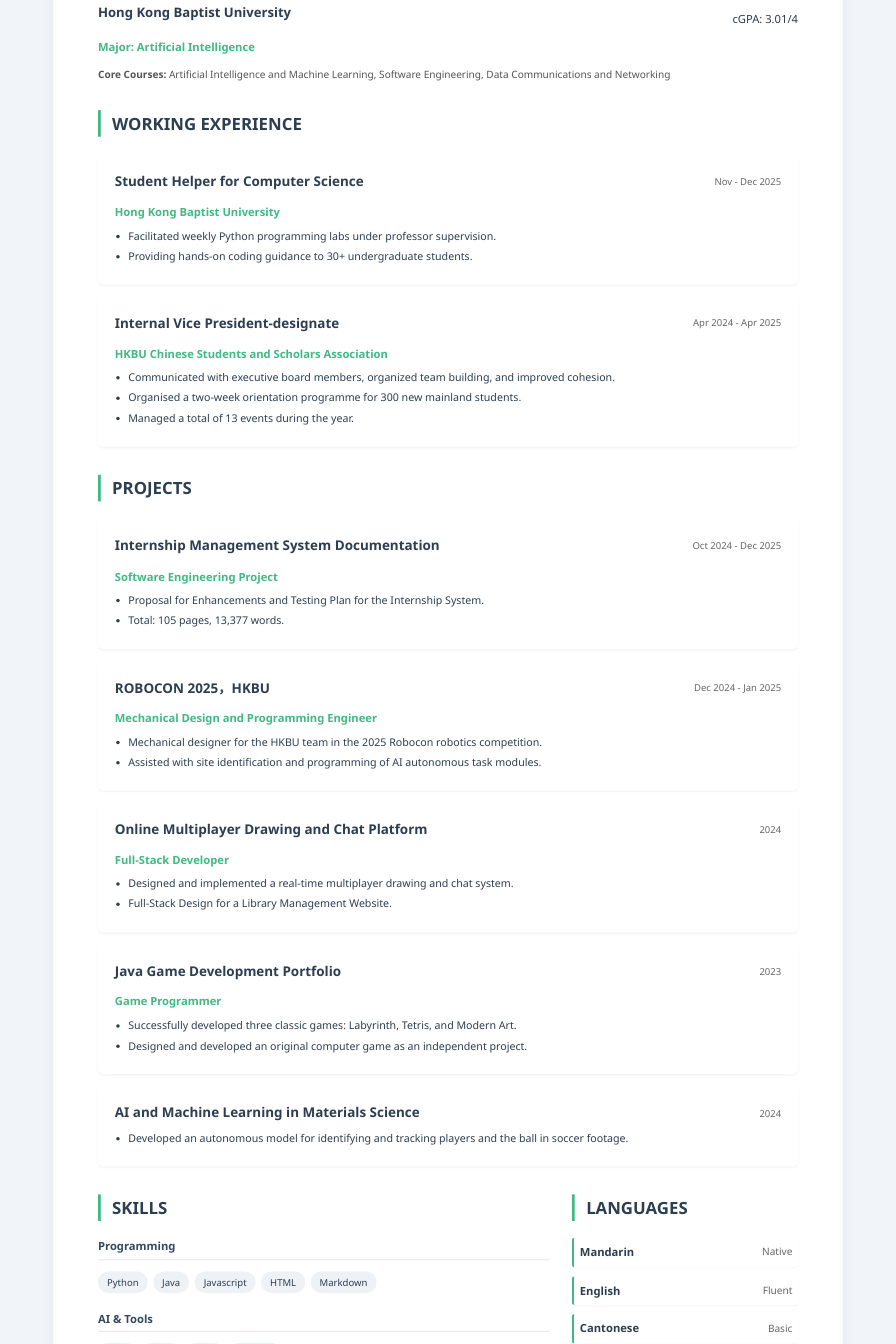
Repository: hhl2802149944-afk/hhl2802149944-afk.github.io
Page: /
The author's editor kept a copy of each file at every save. The page is drawn from the files as they stood at one save, then again after the next save.
The browser window is 1280 px wide. The pictures show the part of the page from y = 316 to 2236 px (the page is 2507 px tall before and 2738 px after), at 70% of full size.
The project was rebuilt for these pictures with package versions that can differ from the ones it lists, and the page was loaded fresh each time. Also part of the build but not shown: vite.config.js.

Above is the page before, as saved 2026-01-19 14:27:24.

After the next save:
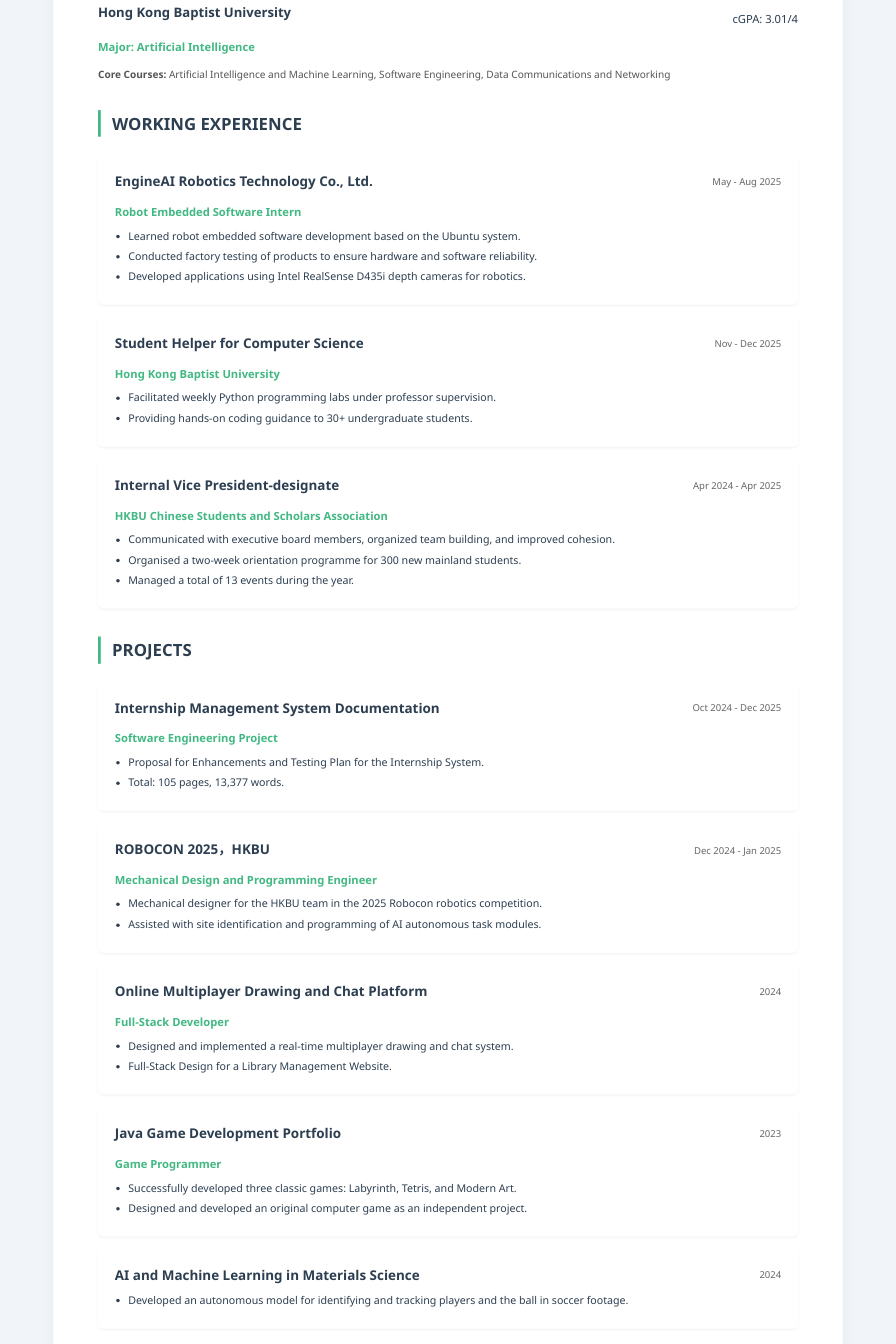
Saved 11 min 34 s later.
--- a/src/views/HomeView.vue
+++ b/src/views/HomeView.vue
@@ -19,6 +19,16 @@ const resumeData = {
   },
   experience: [
     {
+      name: "EngineAI Robotics Technology Co., Ltd.",
+      date: "May - Aug 2025",
+      role: "Robot Embedded Software Intern",
+      details: [
+        "Learned robot embedded software development based on the Ubuntu system.",
+        "Conducted factory testing of products to ensure hardware and software reliability.",
+        "Developed applications using Intel RealSense D435i depth cameras for robotics."
+      ]
+    },
+    {
       name: "Student Helper for Computer Science",
       date: "Nov - Dec 2025",
       role: "Hong Kong Baptist University",
